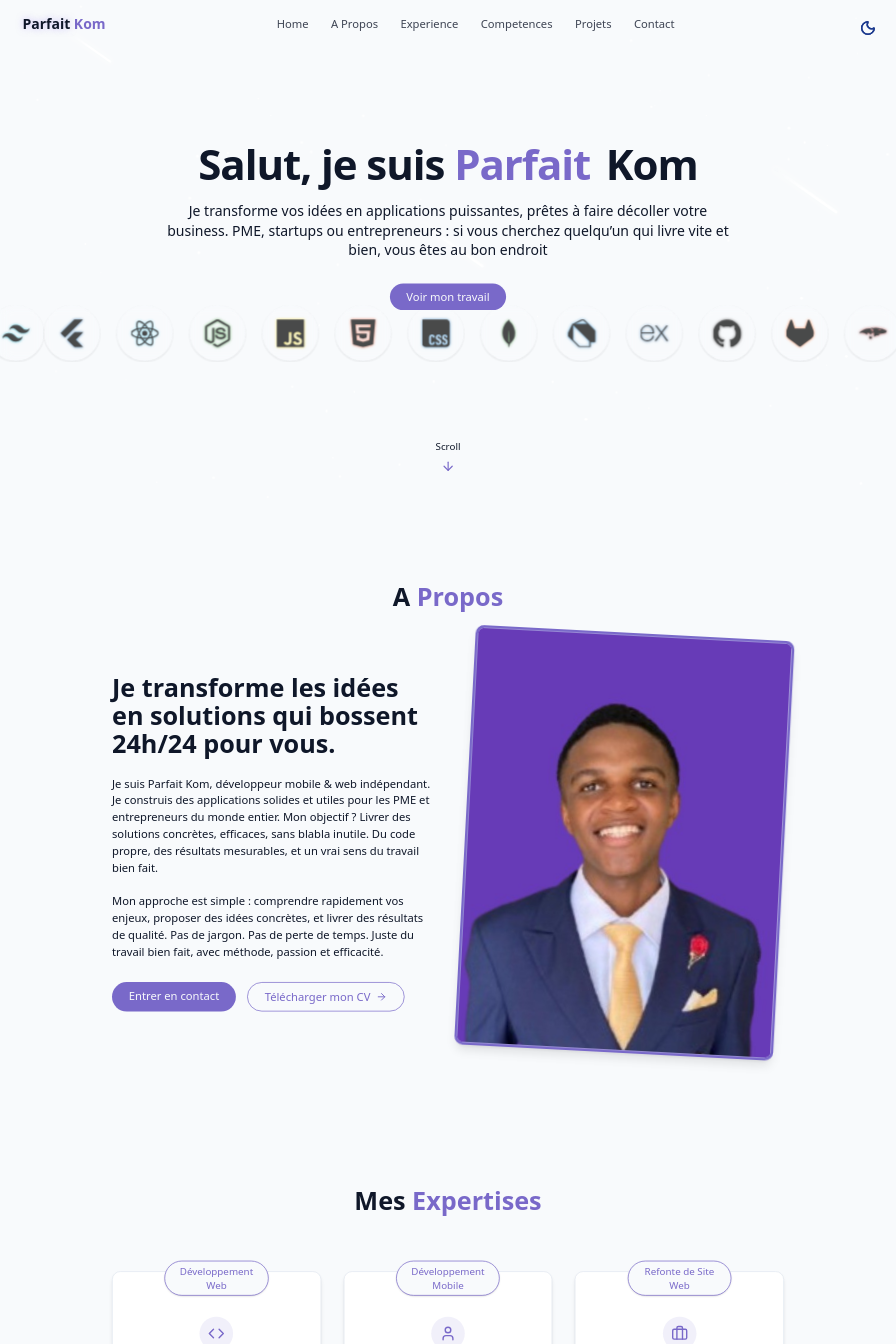
Repository: KOMI18/komi-folio
Page: /
The author's editor kept a copy of each file at every save. The page is drawn from the files as they stood at one save, then again after a run of saves.
The browser window is 1280 px wide. The pictures show the part of the page from y = 0 to 1920 px (the page is 6235 px tall), at 70% of full size.
The project was rebuilt for these pictures with package versions that can differ from the ones it lists, and the page was loaded fresh each time. Also part of the build but not shown: vite.config.js, src/pages/NotFound.jsx.

Above is the page before, as saved 2025-06-28 00:15:31.

### index.html
<!doctype html>
<html lang="en">
  <head>
    <meta charset="UTF-8" />
    <link rel="icon" type="image/svg+xml" href="" />
    <meta name="viewport" content="width=device-width, initial-scale=1.0" />
    <title>Parfait Kom</title>
  </head>
  <body>
    <div id="root"></div>
    <script type="module" src="/src/main.jsx"></script>
  </body>
</html>

### src/pages/Home.jsx
import { Navbar } from "../components/Navbar";
import { ThemeToggle } from "../components/ThemeToggle";
import { StarBackground } from "@/components/StarBackground";
import { HeroSection } from "../components/HeroSection";
import { AboutSection } from "../components/AboutSection";
import { SkillsSection } from "../components/SkillsSection";
import { ProjectsSection } from "../components/ProjectsSection";
import { ContactSection } from "../components/ContactSection";
import { Footer } from "../components/Footer";
import {ExperienceSection} from "../components/ExperianceSection"
import { ExpertiseSection } from "../components/ExpertiseSection";
export const Home = () => {
  return (
    <div className="min-h-screen bg-background text-foreground overflow-x-hidden">
      {/* Theme Toggle */}
      <ThemeToggle />
      {/* Background Effects */}
      <StarBackground />

      {/* Navbar */}
      <Navbar />
      {/* Main Content */}
      <main>
        <HeroSection />
        <AboutSection />
        <ExpertiseSection/>
        <ExperienceSection/>
        <SkillsSection />
        <ProjectsSection />
        <ContactSection />
      </main>

      {/* Footer */}
      <Footer />
    </div>
  );
};

### src/components/ui/toaster.jsx
import { useToast } from "@/hooks/use-toast";
import {
  Toast,
  ToastClose,
  ToastDescription,
  ToastProvider,
  ToastTitle,
  ToastViewport,
} from "@/components/ui/toast";

export function Toaster() {
  const { toasts } = useToast();

  return (
    <ToastProvider>
      {toasts.map(function ({ id, title, description, action, ...props }) {
        return (
          <Toast key={id} {...props}>
            <div className="grid gap-1">
              {title && <ToastTitle>{title}</ToastTitle>}
              {description && (
                <ToastDescription>{description}</ToastDescription>
              )}
            </div>
            {action}
            <ToastClose />
          </Toast>
        );
      })}
      <ToastViewport />
    </ToastProvider>
  );
}

### src/components/Navbar.jsx
import { cn } from "@/lib/utils";
import { Menu, X } from "lucide-react";
import { useEffect, useState } from "react";
import { ThemeToggle } from "./ThemeToggle";
const navItems = [
  { name: "Home", href: "#hero" },
  { name: "A Propos", href: "#about" },
  { name: "Experience", href: "#experience" },
  { name: "Competences", href: "#skills" },
  { name: "Projets", href: "#projects" },
  { name: "Contact", href: "#contact" },


];

export const Navbar = () => {
  const [isScrolled, setIsScrolled] = useState(false);
  const [isMenuOpen, setIsMenuOpen] = useState(false);

  useEffect(() => {
    const handleScroll = () => {
      setIsScrolled(window.screenY > 10);
    };

    window.addEventListener("scroll", handleScroll);
    return () => window.removeEventListener("scroll", handleScroll);
  }, []);
  return (
    <nav
      className={cn(
        "fixed w-full z-40 transition-all duration-300",
        isScrolled ? "py-3 bg-background/80 backdrop-blur-md shadow-xs" : "py-5"
      )}
    >
      <div className="container flex items-center justify-between">
        <a
          className="text-xl font-bold text-primary flex items-center"
          href="#hero"
        >
          <span className="relative z-10">
            <span className="text-glow text-foreground"> Parfait  </span>{" "}
            Kom
          </span>
        </a>

        {/* desktop nav */}
        <div className="hidden md:flex space-x-8">
          {navItems.map((item, key) => (
            <a
              key={key}
              href={item.href}
              className="text-foreground/80 hover:text-primary transition-colors duration-300"
            >
              {item.name}
            </a>
          ))}
        </div>

        {/* mobile nav */}

        <div className="flex items-center px-5 justify-end">
          <ThemeToggle />

        <button
          onClick={() => setIsMenuOpen((prev) => !prev)}
          className="md:hidden p-2 text-foreground z-50"
          aria-label={isMenuOpen ? "   Menu" : "Open Menu"}
        >
          {isMenuOpen ? <X size={24} /> : <Menu size={24} />}{" "}
        </button>
        </div>
        <div
          className={cn(
            "fixed inset-0 bg-background/95 backdroup-blur-md z-40 flex flex-col items-center justify-center",
            "transition-all duration-300 md:hidden",
            isMenuOpen
              ? "opacity-100 pointer-events-auto"
              : "opacity-0 pointer-events-none"
          )}
        >
          <div className="flex flex-col space-y-8 text-xl">
            {navItems.map((item, key) => (
              <a
                key={key}
                href={item.href}
                className="text-foreground/80 hover:text-primary transition-colors duration-300"
                onClick={() => setIsMenuOpen(false)}
              >
                {item.name}
              </a>
            ))}
          </div>
        </div>
      </div>
    </nav>
  );
};

### src/components/ThemeToggle.jsx
import { Moon, Sun } from "lucide-react";
import { useEffect, useState } from "react";
import { cn } from "@/lib/utils";

export const ThemeToggle = () => {
  const [isDarkMode, setIsDarkMode] = useState(false);

  useEffect(() => {
    const storedTheme = localStorage.getItem("theme");
    if (storedTheme === "dark") {
      setIsDarkMode(true);
      document.documentElement.classList.add("dark");
    } else {
      localStorage.setItem("theme", "light");
      setIsDarkMode(false);
    }
  }, []);

  const toggleTheme = () => {
    if (isDarkMode) {
      document.documentElement.classList.remove("dark");
      localStorage.setItem("theme", "light");
      setIsDarkMode(false);
    } else {
      document.documentElement.classList.add("dark");
      localStorage.setItem("theme", "dark");
      setIsDarkMode(true);
    }
  };

  return (
    <button
      onClick={toggleTheme}
      className={cn(
        "fixed top-5 right-5 z-30 p-2 rounded-full transition-colors duration-300",
        "focus:outline-none"
      )}
    >
      {isDarkMode ? (
        <Sun className="h-6 w-6 text-yellow-300" />
      ) : (
        <Moon className="h-6 w-6 text-blue-900" />
      )}
    </button>
  );
};

### src/components/StarBackground.jsx
import { useEffect, useState } from "react";

// id, size, x, y, opacity, animationDuration
// id, size, x, y, delay, animationDuration

export const StarBackground = () => {
  const [stars, setStars] = useState([]);
  const [meteors, setMeteors] = useState([]);

  useEffect(() => {
    generateStars();
    generateMeteors();

    const handleResize = () => {
      generateStars();
    };

    window.addEventListener("resize", handleResize);

    return () => window.removeEventListener("resize", handleResize);
  }, []);

  const generateStars = () => {
    const numberOfStars = Math.floor(
      (window.innerWidth * window.innerHeight) / 10000
    );

    const newStars = [];

    for (let i = 0; i < numberOfStars; i++) {
      newStars.push({
        id: i,
        size: Math.random() * 3 + 1,
        x: Math.random() * 100,
        y: Math.random() * 100,
        opacity: Math.random() * 0.5 + 0.5,
        animationDuration: Math.random() * 4 + 2,
      });
    }

    setStars(newStars);
  };

  const generateMeteors = () => {
    const numberOfMeteors = 4;
    const newMeteors = [];

    for (let i = 0; i < numberOfMeteors; i++) {
      newMeteors.push({
        id: i,
        size: Math.random() * 2 + 1,
        x: Math.random() * 100,
        y: Math.random() * 20,
        delay: Math.random() * 15,
        animationDuration: Math.random() * 3 + 3,
      });
    }

    setMeteors(newMeteors);
  };

  return (
    <div className="fixed inset-0 overflow-hidden pointer-events-none z-0">
      {stars.map((star) => (
        <div
          key={star.id}
          className="star animate-pulse-subtle"
          style={{
            width: star.size + "px",
            height: star.size + "px",
            left: star.x + "%",
            top: star.y + "%",
            opacity: star.opacity,
            animationDuration: star.animationDuration + "s",
          }}
        />
      ))}

      {meteors.map((meteor) => (
        <div
          key={meteor.id}
          className="meteor animate-meteor"
          style={{
            width: meteor.size * 50 + "px",
            height: meteor.size * 2 + "px",
            left: meteor.x + "%",
            top: meteor.y + "%",
            animationDelay: meteor.delay,
            animationDuration: meteor.animationDuration + "s",
          }}
        />
      ))}
    </div>
  );
};

### src/components/HeroSection.jsx
import { ArrowDown , Image } from "lucide-react";

export const HeroSection = () => {
  const logos = [
    { src: "/logo/flutter.svg", alt: "Flutter", color: "#02569B" },
    { src: "/logo/react.svg", alt: "React", color: "#61DAFB" },
    { src: "/logo/nodedotjs.svg", alt: "Node.js", color: "#339933" },
    { src: "/logo/javascript.svg", alt: "JavaScript", color: "#F7DF1E" },
    { src: "/logo/html5.svg", alt: "HTML5", color: "#E34F26" },
    { src: "/logo/css.svg", alt: "CSS3", color: "#1572B6" },
    { src: "/logo/mongodb.svg", alt: "MongoDB", color: "#47A248" },
    { src: "/logo/dart.svg", alt: "Dart", color: "#0175C2" },
    { src: "/logo/express.svg", alt: "Express", color: "#02569B" },
    { src: "/logo/github.svg", alt: "GitHub", color: "#181717" },
    { src: "/logo/gitlab.svg", alt: "GitLab", color: "#FC6D26" },
    { src: "/logo/mongoose.svg", alt: "Mongoose", color: "#800000" },
    { src: "/logo/nextdotjs.svg", alt: "Next.js", color: "#FF6C37" },
    { src: "/logo/notion.svg", alt: "Notion", color: "#000000" },
    { src: "/logo/postman.svg", alt: "Postman", color: "#FF6C37" },
    { src: "/logo/tailwindcss.svg", alt: "Tailwind", color: "#06B6D4" },
  ];
  return (
    <section
      id="hero"
      className="relative min-h-screen flex flex-col items-center justify-center px-4"
    >
      <div className="container max-w-4xl mx-auto text-center z-10">
        <div className="space-y-6">
          <h1 className="text-4xl md:text-6xl font-bold tracking-tight">
            <span className="opacity-0 animate-fade-in">Salut, je suis</span>
            <span className="text-primary opacity-0 animate-fade-in-delay-1">
              {" "}
              Parfait
            </span>
            <span className="text-gradient ml-2 opacity-0 animate-fade-in-delay-2">
              {" "}
              Kom
            </span>
          </h1>

          <p className="text-lg md:text-xl text-muted-foreground max-2-2xl mx-auto opacity-0 animate-fade-in-delay-3">
          Je transforme vos idées en applications  puissantes, prêtes à faire décoller votre business.
          PME, startups ou entrepreneurs : si vous cherchez quelqu’un qui livre vite et bien, vous êtes au bon endroit
          </p>

          <div className="pt-4 opacity-0 animate-fade-in-delay-4">
            <a href="#projects" className="cosmic-button">
             Voir mon travail
            </a>
          </div>
        </div>
      </div>
      <div className="overflow-hidden py-20w-full relative">
      <div className="carousel-track">
        <div className="flex gap-6 logos-row">
          {logos.map((logo, index) => (
            <div
              key={index}
              className="w-20 h-20 flex items-center justify-center flex-shrink-0 bg-white/10 dark:bg-white/5 backdrop-blur-sm rounded-full shadow-sm"
              style={{ color: logo.color }}
            >
              <img
                src={logo.src}
                alt={logo.alt}
                width={40}
                height={40}
                style={{ filter: `drop-shadow(0 0 2px ${logo.color})` }}
                className="opacity-70 hover:opacity-100 transition"
              />
            </div>
          ))}
        </div>

        {/* duplicated row */}
        <div className="flex gap-6 logos-row" aria-hidden="true">
          {logos.map((logo, index) => (
            <div
              key={`clone-${index}`}
              className="w-20 h-20 flex items-center justify-center flex-shrink-0 bg-white/10 dark:bg-white/5 backdrop-blur-sm rounded-full shadow-sm"
              style={{ color: logo.color }}
            >
              <img
                src={logo.src}
                alt={logo.alt}
                width={40}
                height={40}
                style={{ filter: `drop-shadow(0 0 2px ${logo.color})` }}
                className="opacity-70 hover:opacity-100 transition"
              />
            </div>
          ))}
        </div>
      </div>
    </div>

      <div className="absolute bottom-8 left-1/2 transform -translate-x-1/2 flex flex-col items-center animate-bounce">
        <span className="text-sm text-muted-foreground mb-2"> Scroll </span>
        <ArrowDown className="h-5 w-5 text-primary" />
      </div>
    </section>
  );

};

### src/components/AboutSection.jsx

import { ArrowRight , Image} from "lucide-react";

export const AboutSection = () => {
  return (
    <section id="about" className="py-24 px-4 bg-background">
       <h2 className="text-3xl md:text-4xl font-bold mb-4 py-4 text-center">
          {" "}
          A <span className="text-primary">Propos</span>
        </h2>
      <div className="container mx-auto max-w-5xl grid grid-cols-1 md:grid-cols-2  gap-12 items-center">
        {/* Image */}
        <div className="order-first md:order-last flex justify-center md:justify-start">
          <div className="w-40 h-40 sm:w-80 sm:h-80 md:w-[500px] md:h-[500px] lg:w-[600px] lg:h-[600px] relative transform rotate-3 rounded-xl overflow-hidden border-4 border-primary shadow-lg transition-transform duration-500 hover:scale-105">
            <img
              src="/projects/parfaitkom.jpeg"
              alt="Parfait Kom"
              className="w-full h-full object-cover"
              width={500}
              height={500}
            />
          </div>
        </div>
        {/* Content */}
        <div className="space-y-6">
          <h2 className="text-3xl md:text-4xl font-bold text-left  md:text-left">
            Je transforme les idées en solutions qui bossent 24h/24 pour vous.
          </h2>

          <p className="text-muted-foreground text-left md:text-left">
            Je suis Parfait Kom, développeur mobile & web indépendant. Je construis des applications solides et utiles pour les PME et entrepreneurs du monde entier. Mon objectif ? Livrer des solutions concrètes, efficaces, sans blabla inutile. Du code propre, des résultats mesurables, et un vrai sens du travail bien fait.
          </p>

          <p className="text-muted-foreground text-left md:text-left">
            Mon approche est simple : comprendre rapidement vos enjeux, proposer des idées concrètes, et livrer des résultats de qualité. Pas de jargon. Pas de perte de temps. Juste du travail bien fait, avec méthode, passion et efficacité.
          </p>

          <div className="flex flex-col sm:flex-row gap-4 pt-2">
            <a href="#contact" className="cosmic-button">
              Entrer en contact
            </a>

            <a
              href="/docs/parfait_kom_cv.pdf"
              download
              className="px-6 py-2 rounded-full border border-primary text-primary hover:bg-primary/10 transition-colors duration-300 flex items-center gap-2"
            >
              Télécharger mon CV <ArrowRight className="w-4 h-4" />
            </a>
          </div>
        </div>
      </div>
    </section>
  );
};

export default AboutSection;

### src/components/SkillsSection.jsx
import { useState } from "react";
import { cn } from "@/lib/utils";

const skills = [
  // Frontend
  { name: "Flutter / Dart", level: 70, category: "frontend" },
  { name: "JavaScript", level: 60, category: "frontend" },
  { name: "React", level: 80, category: "frontend" },
  { name: "Tailwind CSS", level: 90, category: "frontend" },


  // Backend
  { name: "Node.js", level: 80, category: "backend" },
  { name: "Express", level: 75, category: "backend" },
  { name: "MongoDB", level: 70, category: "backend" },

  // Tools
  { name: "Git/GitHub", level: 80, category: "tools" },
  { name: "Postman", level: 80, category: "tools" },
];

const categories = ["Tout", "frontend", "backend", "tools"];

export const SkillsSection = () => {
  const [activeCategory, setActiveCategory] = useState("Tout");

  const filteredSkills = skills.filter(
    (skill) => activeCategory === "Tout" || skill.category === activeCategory
  );
  return (
    <section id="skills" className="py-24 px-4 relative bg-secondary/30">
      <div className="container mx-auto max-w-5xl">
        <h2 className="text-3xl md:text-4xl font-bold mb-12 text-center">
        Mes  <span className="text-primary"> compétences</span>
        </h2>

        <div className="flex flex-wrap justify-center gap-4 mb-12">
          {categories.map((category, key) => (
            <button
              key={key}
              onClick={() => setActiveCategory(category)}
              className={cn(
                "px-5 py-2 rounded-full transition-colors duration-300 capitalize",
                activeCategory === category
                  ? "bg-primary text-primary-foreground"
                  : "bg-secondary/70 text-forefround hover:bd-secondary"
              )}
            >
              {category}
            </button>
          ))}
        </div>

        <div className="grid grid-cols-1 sm:grid-cols-2 lg:grid-cols-3 gap-6">
          {filteredSkills.map((skill, key) => (
            <div
              key={key}
              className="bg-card p-6 rounded-lg shadow-xs card-hover"
            >
              <div className="text-left mb-4">
                <h3 className="font-semibold text-lg"> {skill.name}</h3>
              </div>
              <div className="w-full bg-secondary/50 h-2 rounded-full overflow-hidden">
                <div
                  className="bg-primary h-2 rounded-full origin-left animate-[grow_1.5s_ease-out]"
                  style={{ width: skill.level + "%" }}
                />
              </div>

              <div className="text-right mt-1">
                <span className="text-sm text-muted-foreground">
                  {skill.level}%
                </span>
              </div>
            </div>
          ))}
        </div>
      </div>
    </section>
  );
};

### src/components/Footer.jsx
import { ArrowUp } from "lucide-react";

export const Footer = () => {
  return (
    <footer className="py-12 px-4 bg-card relative border-t border-border mt-12 pt-8 flex flex-wrap justify-between items-center">
      {" "}
      <p className="text-sm text-muted-foreground">
        {" "}
        &copy; {new Date().getFullYear()} Parfait Kom . All rights reserved.
      </p>
      <a
        href="#hero"
        className="p-2 rounded-full bg-primary/10 hover:bg-primary/20 text-primary transition-colors"
      >
        <ArrowUp size={20} />
      </a>
    </footer>
  );
};

### src/components/ExpertiseSection.jsx
import { useEffect } from "react";
import { Code, User, Briefcase } from "lucide-react";

export const ExpertiseSection = () => {
  const services = [
    {
      icon: <Code className="h-6 w-6 text-primary" />,
      title: "Développement Web",
      description:
        "Des sites solides, rapides, pensés pour convaincre et performer. Rien n'est laissé au hasard."
    },
    {
      icon: <User className="h-6 w-6 text-primary" />,
      title: "Développement Mobile",
      description:
        "Des applications mobiles modernes, stables et fluides. Pensées pour vos utilisateurs, conçues pour durer."
    },
    {
      icon: <Briefcase className="h-6 w-6 text-primary" />,
      title: "Refonte de Site Web",
      description:
        "Un site obsolète, c’est un frein. Je repense, restructure et redonne vie à votre présence en ligne."
    }
  ];

  useEffect(() => {
    const observer = new IntersectionObserver(
      (entries) => {
        entries.forEach((entry) => {
          if (entry.isIntersecting) {
            entry.target.classList.add("animate-fade-in-up");
            observer.unobserve(entry.target);
          }
        });
      },
      { threshold: 0.2 }
    );

    const cards = document.querySelectorAll(".expertise-card");
    cards.forEach((card) => observer.observe(card));

    return () => observer.disconnect();
  }, []);

  return (
    <section id="expertise" className="py-24 px-4 bg-background">
      <div className="container max-w-5xl mx-auto text-center">
        <h2 className="text-3xl md:text-4xl font-bold mb-16">
          Mes <span className="text-primary">Expertises</span>
        </h2>

        <div className="grid grid-cols-1 md:grid-cols-3 gap-8 items-end">
          {services.map((service, index) => (
            <div
              key={index}
              className="expertise-card opacity-0 transition-opacity duration-700 ease-out translate-y-4 relative z-10 bg-card border border-border rounded-xl p-6 shadow-md hover:shadow-lg flex flex-col justify-between"
            >
              <div>
                <div className="absolute -top-4 left-1/2 -translate-x-1/2 bg-background px-3 py-1 rounded-full border border-primary text-primary text-sm font-medium shadow">
                  {service.title}
                </div>
                <div className="flex flex-col items-center pt-10 space-y-4">
                  <div className="p-3 rounded-full bg-primary/10">{service.icon}</div>
                  <p className="text-muted-foreground text-sm text-center">
                    {service.description}
                  </p>
                </div>
              </div>
              {index < services.length  && (
                <svg
                  viewBox="0 0 100 50"
                  preserveAspectRatio="none"
                  className="w-full h-8 mt-4"
                >
                  <path
                    d="M0 0 C 50 50, 50 50, 100 0"
                    stroke="#6366f1"
                    strokeWidth="2"
                    fill="none"
                    strokeDasharray="6 4"
                  />
                </svg>
              )}
            </div>
          ))}
        </div>
      </div>
    </section>
  );
};

Loaded but not shown: src/main.jsx (common file); src/App.jsx (common file); src/lib/utils.js (common file); src/hooks/use-toast.js (144 lines, source omitted); src/components/ContactSection.jsx (235 lines, source omitted); src/components/ProjectsSection.jsx (134 lines, source omitted); src/components/ExperianceSection.jsx (117 lines, source omitted); src/index.css (214 lines, source omitted); src/components/ui/toast.jsx (102 lines, source omitted)

After the next 5 saves:
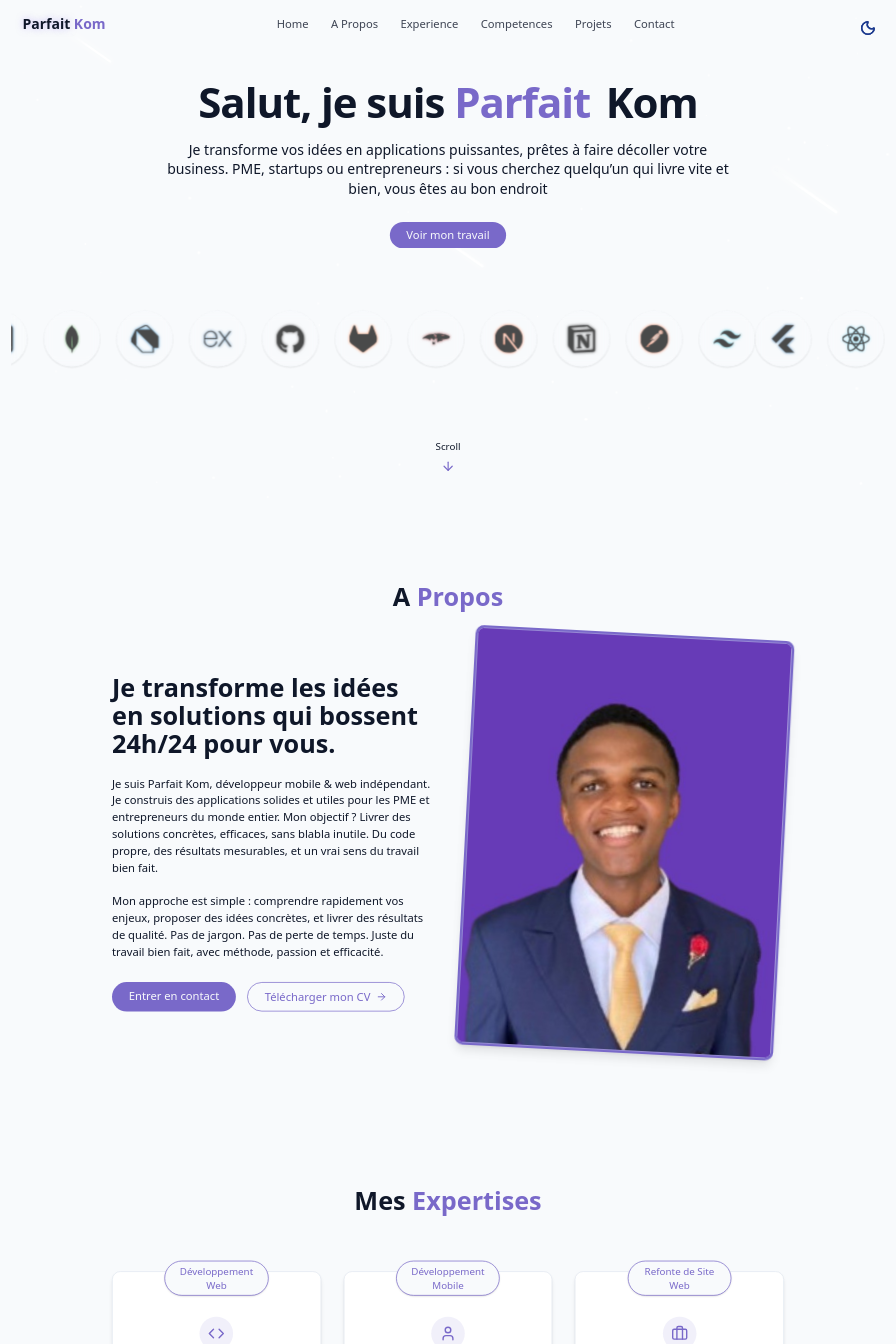
The 5 saves are shown as one change because they came seconds apart.
The last was saved 18 s later.
--- a/src/components/HeroSection.jsx
+++ b/src/components/HeroSection.jsx
@@ -50,7 +50,7 @@ export const HeroSection = () => {
           </div>
         </div>
       </div>
-      <div className="overflow-hidden py-20w-full relative">
+      <div className="overflow-hidden py-20 mt-4 w-full relative">
       <div className="carousel-track">
         <div className="flex gap-6 logos-row">
           {logos.map((logo, index) => (
